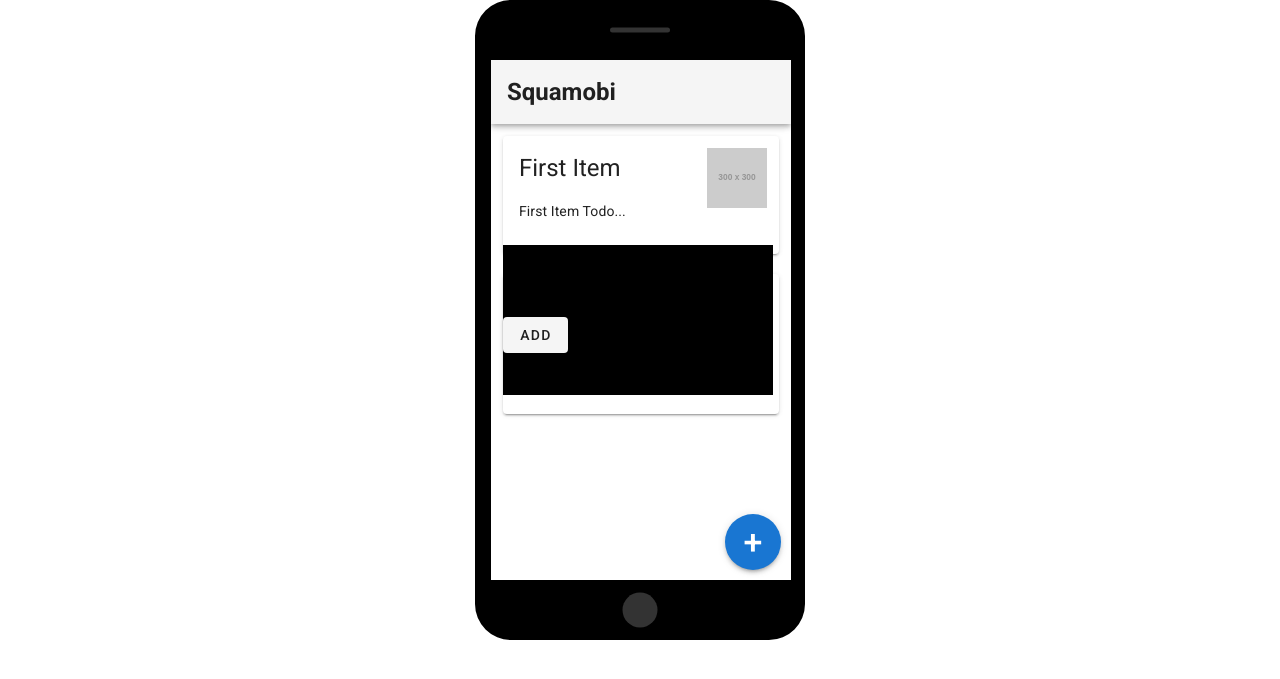
Repository: Keepnox/squamobi-interview
Page: /
The author's editor kept a copy of each file at every save. The page is drawn from the files as they stood at one save, then again after the next save.
The browser window is 1280 px wide. The pictures show the whole page.
The project was rebuilt for these pictures with package versions that can differ from the ones it lists, and the page was loaded fresh each time. Also part of the build but not shown: vue.config.js. Imported but missing from the stored project, and not drawn on this page: src/views/About.vue.

Above is the page before, as saved 2022-01-15 23:43:30.

### src/App.vue
<template>
  <smartphone>
    <v-app>
    <v-main>
        <v-app-bar >
          <h2>Squamobi</h2>
        </v-app-bar>

      <!-- Provides the application the proper gutter -->
      <v-container fluid>

        <!-- If using vue-router -->
        <router-view></router-view>
      </v-container>
    </v-main>

  </v-app>
  </smartphone>

</template>

<script>
import Smartphone from './components/Smartphone.vue';

export default {
  name: 'App',

  components: {
    Smartphone,
  },

  data: () => ({
    //
  }),
};
</script>

### src/components/Smartphone.vue
<template>
  <div class="smartphone">
    <div class="content">
      <slot> </slot>
    </div>
  </div>
</template>

<style scoped>

.smartphone {
  position: relative;
  width: 330px;
  height: 640px;
  margin: auto;
  border: 16px black solid;
  border-top-width: 60px;
  border-bottom-width: 60px;
  border-radius: 36px;
}

/* The horizontal line on the top of the device */
.smartphone:before {
  content: '';
  display: block;
  width: 60px;
  height: 5px;
  position: absolute;
  top: -30px;
  left: 50%;
  transform: translate(-50%, -50%);
  background: #333;
  border-radius: 10px;
}

/* The circle on the bottom of the device */
.smartphone:after {
  content: '';
  display: block;
  width: 35px;
  height: 35px;
  position: absolute;
  left: 50%;
  bottom: -65px;
  transform: translate(-50%, -50%);
  background: #333;
  border-radius: 50%;
}

/* The screen (or content) of the device */
.smartphone .content {
  width: 300px;
  height: 520px;
  background: white;
}

.content > * {
  min-height: 100%;
  height: 100%;
}
</style>

### src/views/Home.vue
<template>
  <div id="listOuter">
    <TodoItem
      v-for="(t, index) in todoData"
      :key="index"
      :title="t.title"
      :desc="t.description"
      :image="t.image"
    ></TodoItem>

    <v-btn
          class="add-button"
          color="primary"
          elevation="3"
          fab
          v-on:click="dialog = !dialog"
        ><span style="font-size:34px;">+</span></v-btn>
        <div class="popup" v-if="dialog">
          <div>Add Todo</div>
          <v-text-field
            label="Main input"
            hide-details="auto"
          ></v-text-field>
          <v-btn>
            Add
          </v-btn>
        </div>
  </div>
</template>

<script>

import TodoItem from '@/components/TodoItem.vue'

export default {
  name: 'Home',
  components: {TodoItem},
  data () {
    return {
      todoData: [],
      dialog: true,
    }
  },
  mounted () {
    this.todoData = JSON.parse(localStorage.getItem('todo'))
    console.log('selam')
  },
  created() {
    let defaultData = JSON.parse(localStorage.getItem('todo')) || [
        {
          title: "First Item",
          description: 'First Item Todo...',
          image: "https://unsplash.it/640/425?random"
        },
        {
          title: "Todo Item 2",
          description: 'Todo item 3.... lorem ipsum',
          image: "https://unsplash.it/640/425?random"
        }
      ]
    localStorage.setItem('todo', JSON.stringify(defaultData))
  }
}
</script>

<style >
.v-application--wrap {
  height: 100%;
  min-height: 100%;
}
.list-outer {
  position: relative;
  height: 100%;
  width: 100%;
}
.add-button {
  position: absolute;
  right: 10px;
  bottom: 10px;
}
.popup {
  position: absolute;
  height: 150px;
  width: 90%;
  top: 50%;
  transform: translateY(-50%);
  background-color: black;
}
</style>

### src/components/TodoItem.vue
<template>
    <v-card class="mb-5">
      <div class="d-flex flex-no-wrap justify-space-between">
        <div>
          <v-card-title class="text-h5" v-text="title"></v-card-title>

          <v-card-text > {{desc}} </v-card-text>
          <v-card-actions>
          </v-card-actions>
        </div>

        <v-avatar
          class="ma-3"
          size="60"
          tile
        >
          <v-img src="http://placehold.it/300"></v-img>
        </v-avatar>
      </div>
    </v-card>
</template>
<script>
export default {
  props: ["desc", "title", "image"],
  mounted() {
    console.log(this.items)
  }
}
</script>

Loaded but not shown: public/index.html (common file); src/main.js (common file); src/plugins/vuetify.js (common file); src/router/index.js (common file)

After the next save:
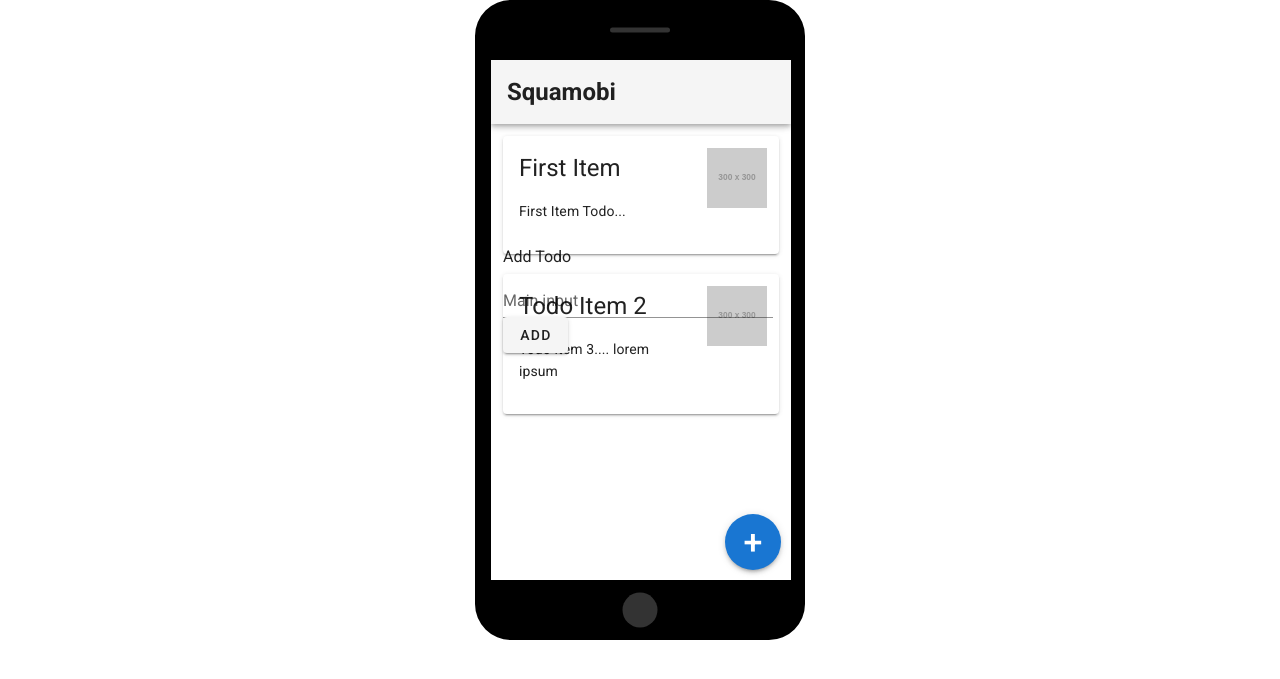
Saved 5 s later.
--- a/src/views/Home.vue
+++ b/src/views/Home.vue
@@ -84,6 +84,5 @@ export default {
   width: 90%;
   top: 50%;
   transform: translateY(-50%);
-  background-color: black;
 }
 </style>
